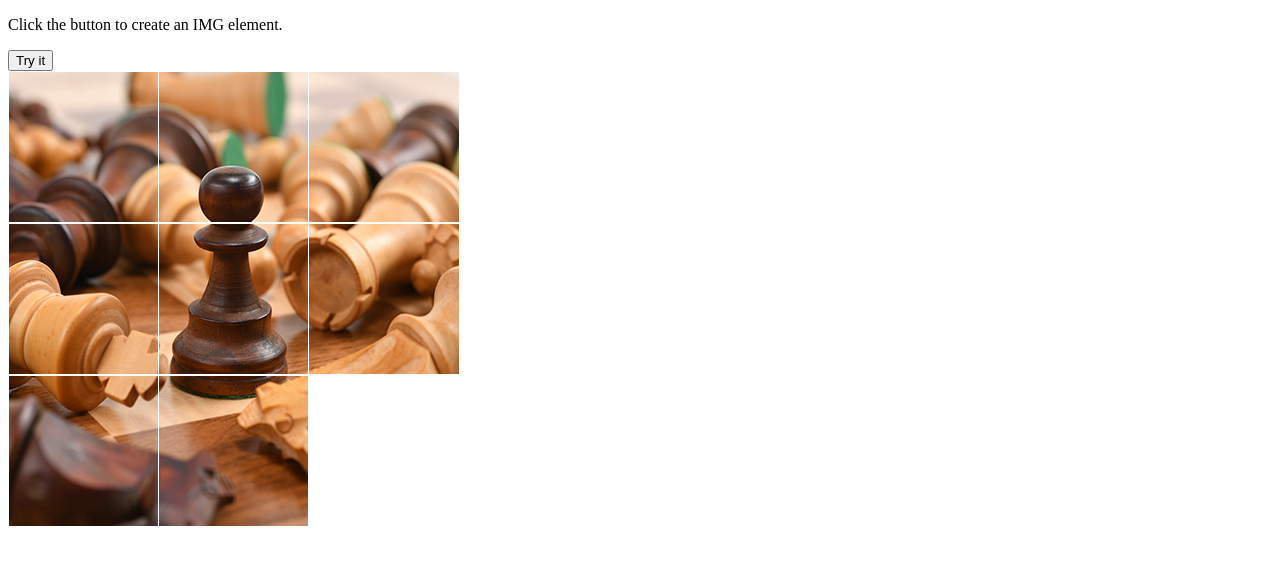
Repository: rashmikagamage/puzzle-vanila-js
Page: index.html
The author's editor kept a copy of each file at every save. The page is drawn from the files as they stood at one save, then again after the next save.
The browser window is 1280 px wide. The pictures show the whole page.

Above is the page before, as saved 2020-08-06 10:48:34.

After the next save:
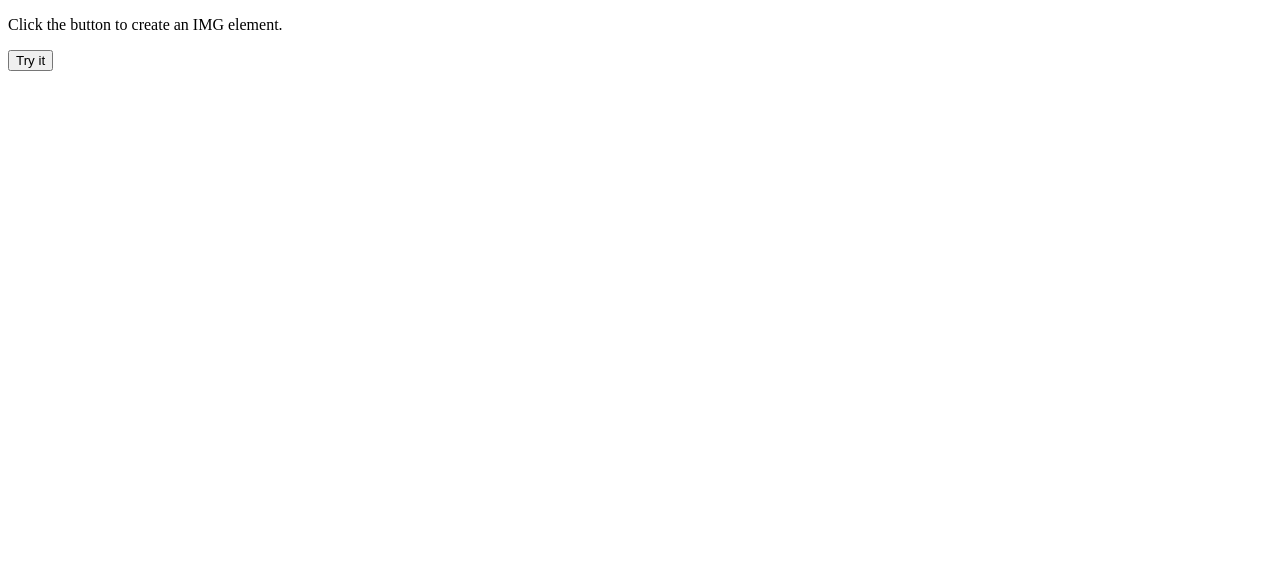
Console error: SyntaxError: Unexpected token ')'
Saved 37 s later.
--- a/function.js
+++ b/function.js
@@ -91,60 +91,60 @@
     dropElement = parseInt(event.target.id.substring(3));
     console.log(dropElement)
     let flag = false;
-    console.log(cells[dragElement + 1].x)
-        //handling right moves
+    console.logdragElement % num < (num - 1) && cells[dropElement].x == 100 && cells[dropElement].y == 100)
+//handling right moves
 
-    if (dragElement % num < (num - 1) && cells[dropElement].x == 100 && cells[dropElement].y == 100) {
-        console.log("tre")
-        if (cells[dragElement + 1].x == 100 && cells[dragElement + 1].y == 100) {
-            temp = cells[dragElement];
-            cells[dragElement] = 0;
-            cells[dropElement] = temp;
-            flag = true;
-            moves++;
+if (dragElement % num < (num - 1) && cells[dropElement].x == 100 && cells[dropElement].y == 100) {
+    console.log("true")
+    if (cells[dragElement + 1].x == 100 && cells[dragElement + 1].y == 100) {
+        temp = cells[dragElement];
+        cells[dragElement] = 0;
+        cells[dropElement] = temp;
+        flag = true;
+        moves++;
 
-            //;
-        }
+        //;
     }
+}
 
-    //handling down moves
-    if (dragElement < ((num * num) - num) && cells[dropElement] == 0) {
-        if (cells[dragElement + num] == 0) {
-            temp = cells[dragElement];
-            cells[dragElement] = 0;
-            cells[dropElement] = temp;
-            flag = true;
-            moves++;
-            build();
-        }
+//handling down moves
+if (dragElement < ((num * num) - num) && cells[dropElement] == 0) {
+    if (cells[dragElement + num] == 0) {
+        temp = cells[dragElement];
+        cells[dragElement] = 0;
+        cells[dropElement] = temp;
+        flag = true;
+        moves++;
+        build();
     }
+}
 
-    //handling up moves
-    if (dragElement < (num * num) && dragElement > num && cells[dropElement] == 0) {
-        if (cells[dragElement - 3] == 0) {
-            temp = cells[dragElement];
-            cells[dragElement] = 0;
-            cells[dropElement] = temp;
-            flag = true;
-            moves++;
-            build();
-        }
+//handling up moves
+if (dragElement < (num * num) && dragElement > num && cells[dropElement] == 0) {
+    if (cells[dragElement - 3] == 0) {
+        temp = cells[dragElement];
+        cells[dragElement] = 0;
+        cells[dropElement] = temp;
+        flag = true;
+        moves++;
+        build();
     }
+}
 
-    //handling left moves
-    if (dragElement % num > 1 && cells[dropElement] == 0) {
-        if (cells[dragElement - 1] == 0) {
-            temp = cells[dragElement];
-            cells[dragElement] = 0;
-            cells[dropElement] = temp;
-            moves++;
-            flag = true;
-            build();
-        }
+//handling left moves
+if (dragElement % num > 1 && cells[dropElement] == 0) {
+    if (cells[dragElement - 1] == 0) {
+        temp = cells[dragElement];
+        cells[dragElement] = 0;
+        cells[dropElement] = temp;
+        moves++;
+        flag = true;
+        build();
     }
-    if (flag == false) {
-        alert("Can not be Moved");
-    }
+}
+if (flag == false) {
+    alert("Can not be Moved");
+}
 }
 
 function build() {

After the save that followed:
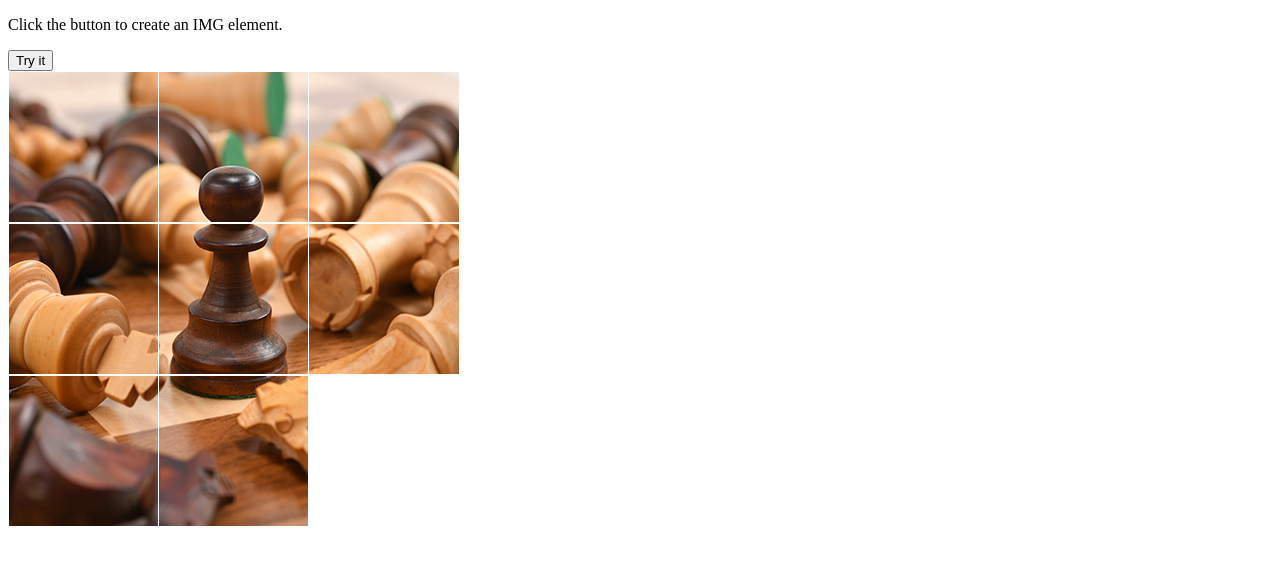
The error is gone.
Saved 5 s later.
--- a/function.js
+++ b/function.js
@@ -91,60 +91,60 @@
     dropElement = parseInt(event.target.id.substring(3));
     console.log(dropElement)
     let flag = false;
-    console.logdragElement % num < (num - 1) && cells[dropElement].x == 100 && cells[dropElement].y == 100)
-//handling right moves
+    console.log(dragElement % num < (num - 1) && cells[dropElement].x == 100 && cells[dropElement].y == 100)
+        //handling right moves
 
-if (dragElement % num < (num - 1) && cells[dropElement].x == 100 && cells[dropElement].y == 100) {
-    console.log("true")
-    if (cells[dragElement + 1].x == 100 && cells[dragElement + 1].y == 100) {
-        temp = cells[dragElement];
-        cells[dragElement] = 0;
-        cells[dropElement] = temp;
-        flag = true;
-        moves++;
+    if (dragElement % num < (num - 1) && cells[dropElement].x == 100 && cells[dropElement].y == 100) {
+        console.log("true")
+        if (cells[dragElement + 1].x == 100 && cells[dragElement + 1].y == 100) {
+            temp = cells[dragElement];
+            cells[dragElement] = 0;
+            cells[dropElement] = temp;
+            flag = true;
+            moves++;
 
-        //;
+            //;
+        }
     }
-}
 
-//handling down moves
-if (dragElement < ((num * num) - num) && cells[dropElement] == 0) {
-    if (cells[dragElement + num] == 0) {
-        temp = cells[dragElement];
-        cells[dragElement] = 0;
-        cells[dropElement] = temp;
-        flag = true;
-        moves++;
-        build();
+    //handling down moves
+    if (dragElement < ((num * num) - num) && cells[dropElement] == 0) {
+        if (cells[dragElement + num] == 0) {
+            temp = cells[dragElement];
+            cells[dragElement] = 0;
+            cells[dropElement] = temp;
+            flag = true;
+            moves++;
+            build();
+        }
     }
-}
 
-//handling up moves
-if (dragElement < (num * num) && dragElement > num && cells[dropElement] == 0) {
-    if (cells[dragElement - 3] == 0) {
-        temp = cells[dragElement];
-        cells[dragElement] = 0;
-        cells[dropElement] = temp;
-        flag = true;
-        moves++;
-        build();
+    //handling up moves
+    if (dragElement < (num * num) && dragElement > num && cells[dropElement] == 0) {
+        if (cells[dragElement - 3] == 0) {
+            temp = cells[dragElement];
+            cells[dragElement] = 0;
+            cells[dropElement] = temp;
+            flag = true;
+            moves++;
+            build();
+        }
     }
-}
 
-//handling left moves
-if (dragElement % num > 1 && cells[dropElement] == 0) {
-    if (cells[dragElement - 1] == 0) {
-        temp = cells[dragElement];
-        cells[dragElement] = 0;
-        cells[dropElement] = temp;
-        moves++;
-        flag = true;
-        build();
+    //handling left moves
+    if (dragElement % num > 1 && cells[dropElement] == 0) {
+        if (cells[dragElement - 1] == 0) {
+            temp = cells[dragElement];
+            cells[dragElement] = 0;
+            cells[dropElement] = temp;
+            moves++;
+            flag = true;
+            build();
+        }
     }
-}
-if (flag == false) {
-    alert("Can not be Moved");
-}
+    if (flag == false) {
+        alert("Can not be Moved");
+    }
 }
 
 function build() {
